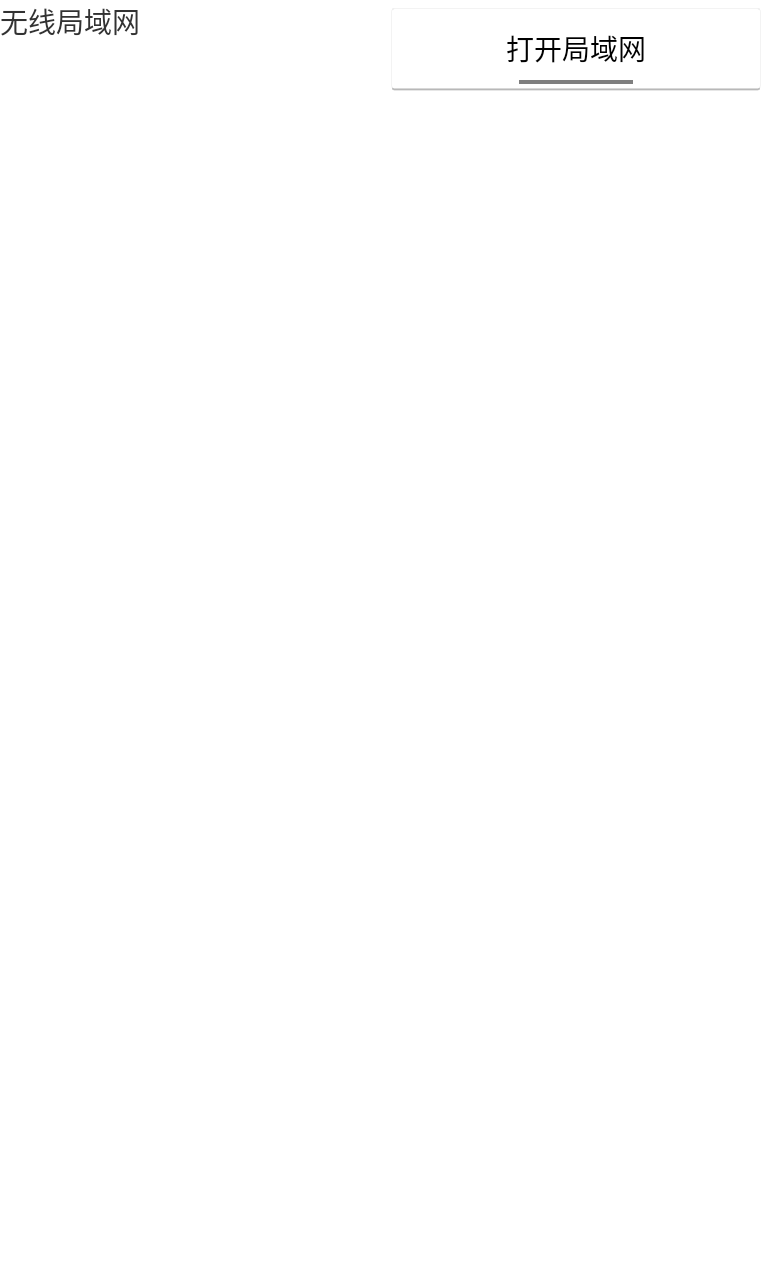
Repository: ling-cen/demo
Layout: Wifi_App/res/layout/activity_layout.xml
These files come from the project's save history. The layout is drawn as it stood at one moment and after the next save; the edit follows.
It is drawn on a 768 x 1280 px phone screen (xhdpi) without system bars, with theme AppTheme; the app's code is not run.

Above is the layout before, as saved 2018-12-13 17:09:33.

### Wifi_App/res/layout/activity_layout.xml
<?xml version="1.0" encoding="utf-8"?>
<LinearLayout xmlns:android="http://schemas.android.com/apk/res/android"
    android:layout_width="match_parent"
    android:layout_height="match_parent"
    android:orientation="vertical" >

    <LinearLayout
        android:layout_width="match_parent"
        android:layout_height="wrap_content"
        android:background="#FFFFFF"
        android:orientation="horizontal" >

        <TextView
            android:layout_width="0dp"
            android:layout_height="match_parent"
            android:layout_weight="1"
            android:text="@string/wifi" />
        <ToggleButton
            android:id="@+id/wifi_off"
            android:layout_width="0dp"
            android:layout_height="wrap_content"
            android:layout_weight="1"
            android:checked="false"
            android:textOff="打开局域网"
            android:textOn="关闭局域网" >
        </ToggleButton>
    </LinearLayout>

    <LinearLayout
        android:id="@+id/isVisible"
        android:layout_width="match_parent"
        android:layout_height="wrap_content"
        android:background="#FFFFFF"
        android:orientation="vertical"
        android:visibility="invisible" >

        <RadioGroup
            android:layout_width="match_parent"
            android:layout_height="wrap_content"
            android:background="#FFFFFF" >

            <RadioButton
                android:id="@+id/imooc_offoce"
                android:layout_width="wrap_content"
                android:layout_height="wrap_content"
                android:text="@string/office" />

            <RadioButton
                android:id="@+id/imooc_meeting"
                android:layout_width="wrap_content"
                android:layout_height="wrap_content"
                android:text="@string/meeting" />

            <RadioButton
                android:id="@+id/imooc_visitor"
                android:layout_width="wrap_content"
                android:layout_height="wrap_content"
                android:text="@string/visitor" />
        </RadioGroup>

        <ImageView
            android:id="@+id/image_view"
            android:layout_width="match_parent"
            android:layout_height="190dp"
            android:background="#FFFFFF"
            android:contentDescription="@string/alt"
            android:scaleType="fitStart"
            android:src="@drawable/meeting" />

        <TextView
            android:id="@+id/is_time"
            android:layout_width="match_parent"
            android:layout_height="wrap_content"
            android:text="@string/isTime" />
    </LinearLayout>

</LinearLayout>

### Wifi_App/res/values/strings.xml
<?xml version="1.0" encoding="utf-8"?>
<resources>

    <string name="app_name">Wifi_App</string>
    <string name="hello_world">Hello world!</string>
    <string name="action_settings">Settings</string>
    <string name="wifi">无线局域网</string>
    <string name="wifi_off">关闭局域网</string>
    <string name="wifi_on">打开局域网</string>
    <string name="office">imooc-office</string>
    <string name="meeting">imooc-meeting</string>
    <string name="visitor">imooc-visitor</string>
    <string name="isTime">当前时间</string>
    <string name="alt">alt</string>
</resources>

Loaded but not shown: Wifi_App/res/values/styles.xml (common file); Wifi_App/res/values-v11/styles.xml (common file); Wifi_App/res/values-v14/styles.xml (common file)

After the next save:
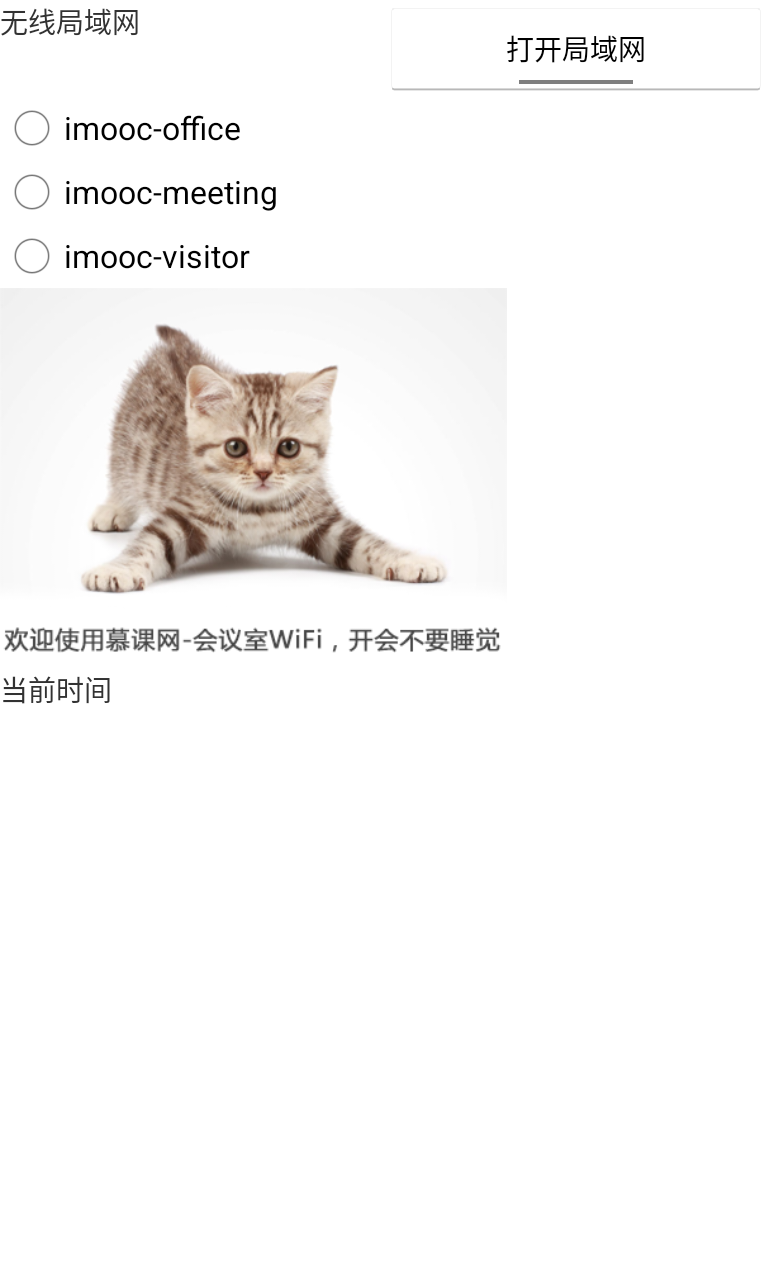
Saved 95 s later.
--- a/Wifi_App/res/layout/activity_layout.xml
+++ b/Wifi_App/res/layout/activity_layout.xml
@@ -32,7 +32,7 @@
         android:layout_height="wrap_content"
         android:background="#FFFFFF"
         android:orientation="vertical"
-        android:visibility="invisible" >
+        android:visibility="hidden" >
 
         <RadioGroup
             android:layout_width="match_parent"

After the 2 saves that followed:
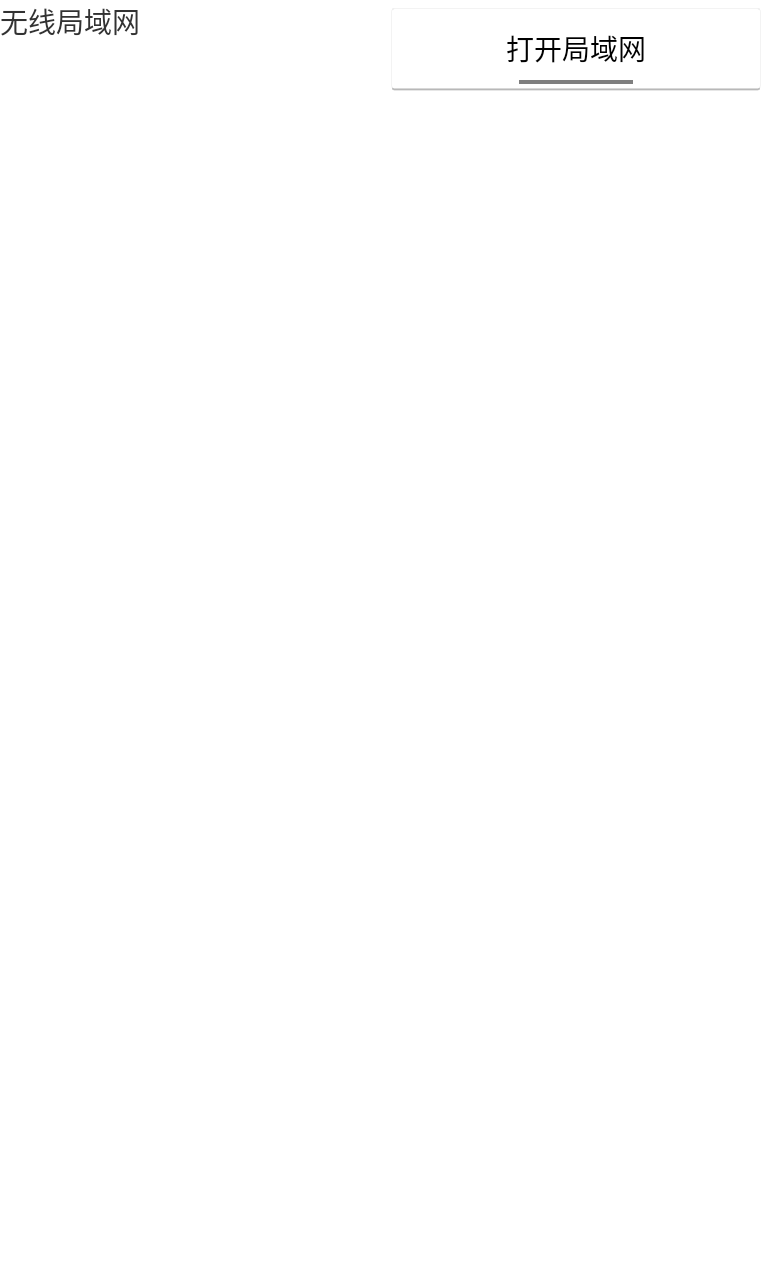
The 2 saves are shown as one change because 1 did not build or start.
The last was saved 25 s later.
--- a/Wifi_App/res/layout/activity_layout.xml
+++ b/Wifi_App/res/layout/activity_layout.xml
@@ -32,8 +32,7 @@
         android:layout_height="wrap_content"
         android:background="#FFFFFF"
         android:orientation="vertical"
-        android:visibility="hidden" >
-
+        android:visibility="invisible">
         <RadioGroup
             android:layout_width="match_parent"
             android:layout_height="wrap_content"
